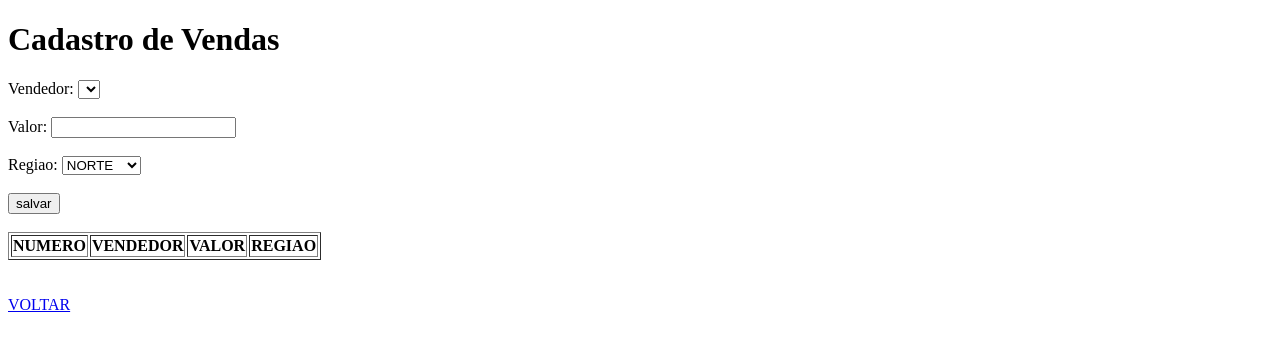
Repository: gabriellacrystina/workspaceWeb
Page: http://localhost/PrjVendas/CadastroVendas.jsp
The author's editor kept a copy of each file at every save. The page is drawn from the files as they stood at one save, then again after the next save.
The browser window is 1280 px wide. The pictures show the whole page.
The page is served by Tomcat 9.

Above is the page before, as saved 2015-09-21 14:21:32.

After the next save:
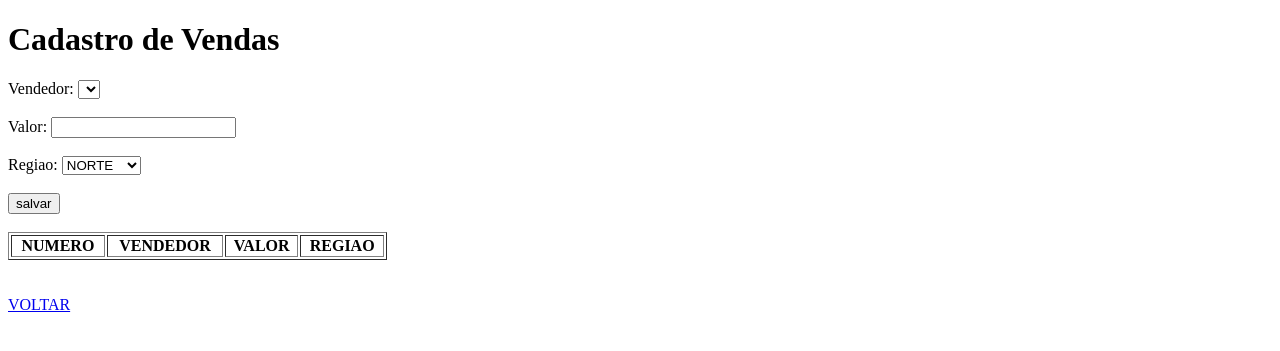
Saved 9 s later.
--- a/PrjVendas/WebContent/CadastroVendas.jsp
+++ b/PrjVendas/WebContent/CadastroVendas.jsp
@@ -45,7 +45,7 @@
 		<!--Fim o formulario-->
 
 
-		<table border="1" style="width:20%">
+		<table border="1" style="width:30%">
 			<thead>
 				<tr>
 					<th>NUMERO</th>
